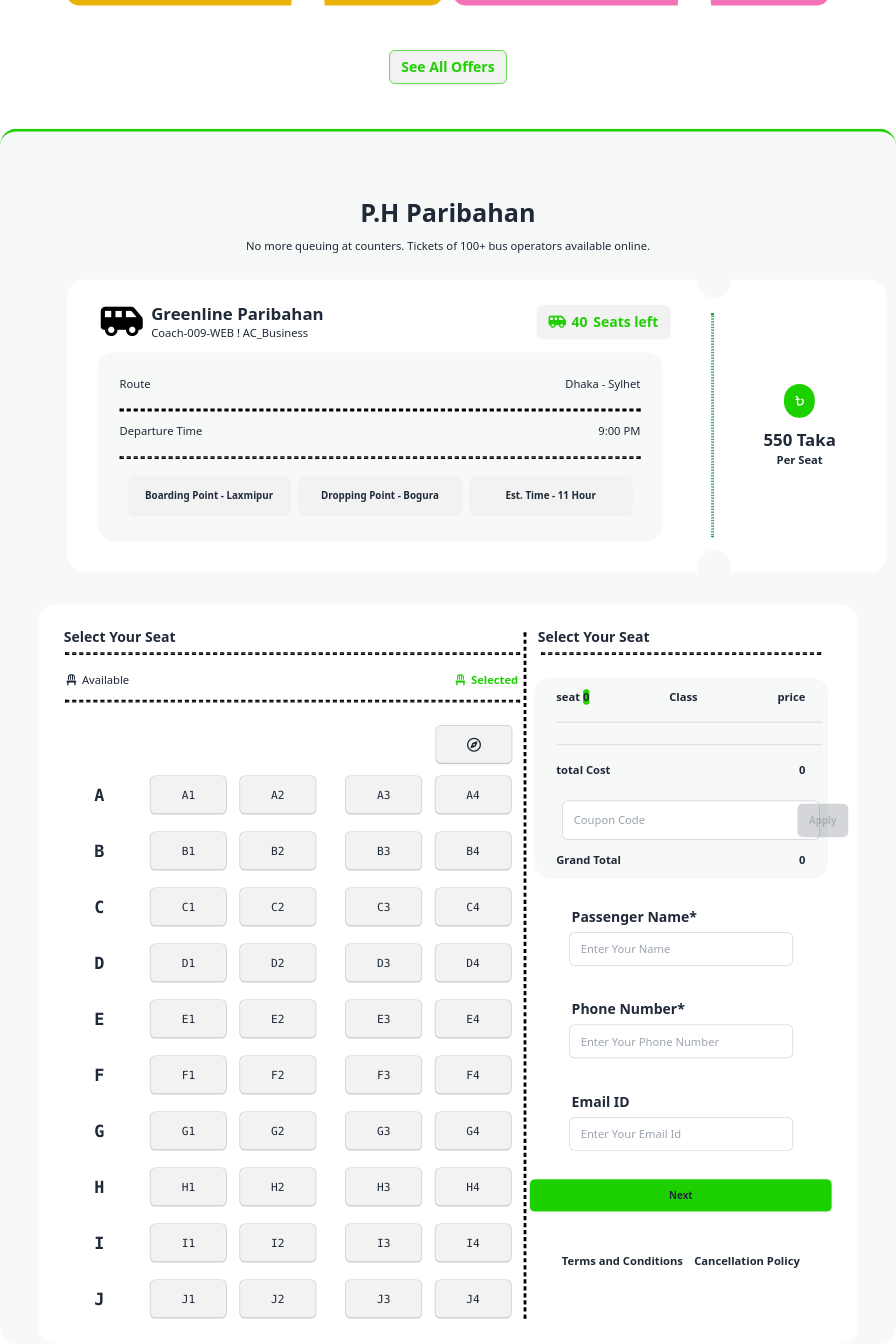
Repository: RudrasahaDibos/Smart-ticketing
Page: index.html
The author's editor kept a copy of each file at every save. The page is drawn from the files as they stood at one save, then again after the next save.
The browser window is 1280 px wide. The pictures show the part of the page from y = 1134 to 3054 px (the page is 3054 px tall), at 70% of full size.
Some web fonts or font styles are not loaded; a fallback is used. Some web libraries are served in a nearby version.

Above is the page before, as saved 2024-11-11 11:17:24.
Console error: SyntaxError: Unexpected token '}'

After the next save:
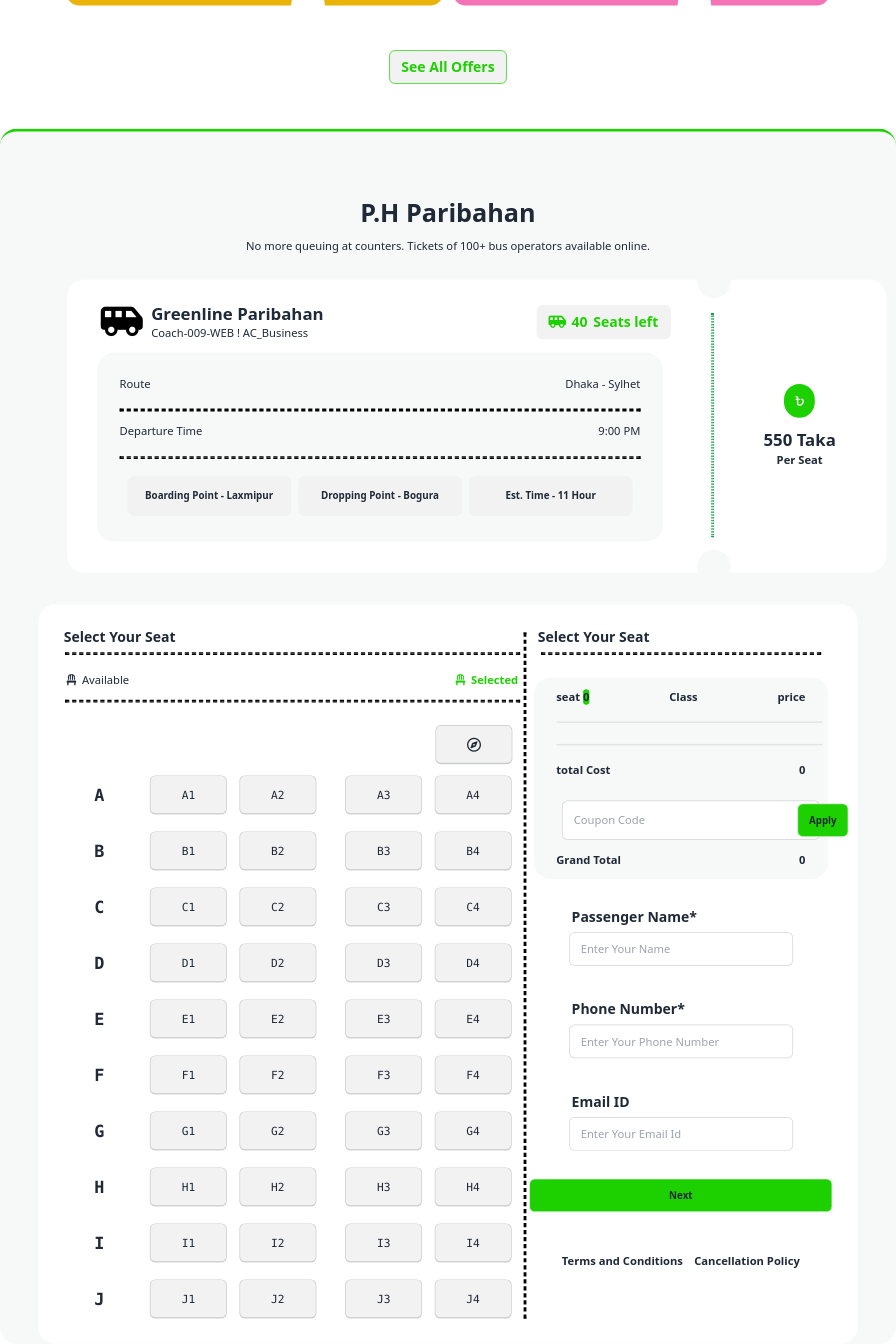
Saved 6 s later.
--- a/index.html
+++ b/index.html
@@ -458,7 +458,7 @@
 
                        <label id="Inputarea" class="input input-bordered flex items-center gap-2 mt-8 w-[368px] h-[56px] ml-6 ">
                         <input  id="Input-value" type="text" class="grow" placeholder="Coupon Code" />
-                        <button  disabled onclick="getGrandTotal('NEW15','COUPLE20')" id="apply-value" class="btn bg-[#1DD100] ml-20   ">Apply</button>
+                        <button   onclick="getGrandTotal('NEW15','COUPLE20')" id="apply-value" class="btn bg-[#1DD100] ml-20   ">Apply</button>
                       </label>
 
                       <div class="flex justify-between mt-4">
